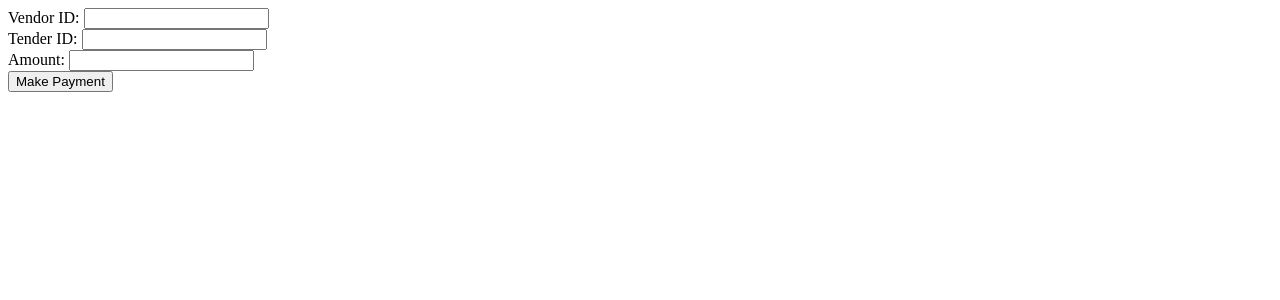
Repository: ShrikantSurve57/Tender-Allotment
Page: http://localhost/tendermanagement/payment.jsp
These files come from the project's save history. The page is drawn as it stood at one moment and after the next save; the edit follows.
The browser window is 1280 px wide. The pictures show the whole page.
The page is served by Tomcat 9. Other server files are loaded and not shown.

Above is the page before, as saved 2026-01-22 14:43:48.

### tendermanagement/WebContent/payment.jsp
<%@ page language="java" contentType="text/html; charset=UTF-8"
    pageEncoding="UTF-8"%>
<!DOCTYPE html>
<html>
<head>
<meta charset="UTF-8">
<title>Insert title here</title>
</head>
<body>
	<form action="PaymentSrv" method="post">
    Vendor ID: <input type="text" name="vendorId"><br>
    Tender ID: <input type="text" name="tenderId"><br>
    Amount: <input type="text" name="amount"><br>
    <button type="submit">Make Payment</button>
</form>
</body>
</html>

After the next save:
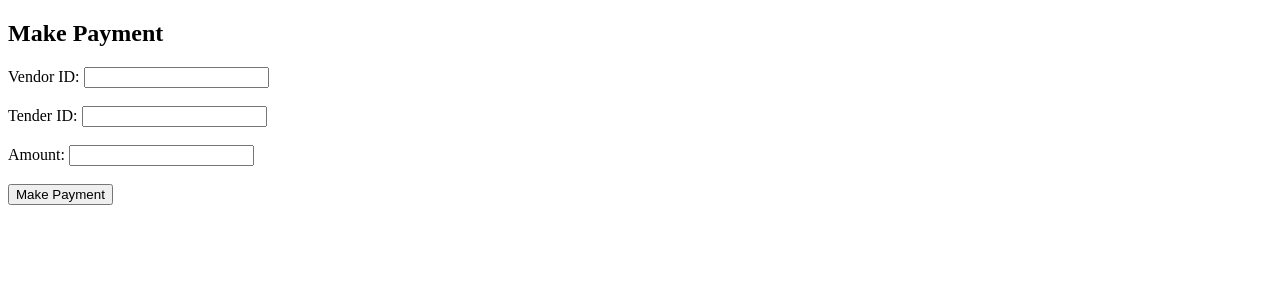
Saved 46 s later.
--- a/tendermanagement/WebContent/payment.jsp
+++ b/tendermanagement/WebContent/payment.jsp
@@ -4,14 +4,26 @@
 <html>
 <head>
 <meta charset="UTF-8">
-<title>Insert title here</title>
+<title>Payment</title>
 </head>
 <body>
-	<form action="PaymentSrv" method="post">
-    Vendor ID: <input type="text" name="vendorId"><br>
-    Tender ID: <input type="text" name="tenderId"><br>
-    Amount: <input type="text" name="amount"><br>
+
+<h2>Make Payment</h2>
+
+<form action="PaymentSrv" method="post">
+
+    <label>Vendor ID:</label>
+    <input type="number" name="vendorId" required><br><br>
+
+    <label>Tender ID:</label>
+    <input type="number" name="tenderId" required><br><br>
+
+    <label>Amount:</label>
+    <input type="number" step="0.01" name="amount" required><br><br>
+
     <button type="submit">Make Payment</button>
+
 </form>
+
 </body>
 </html>
